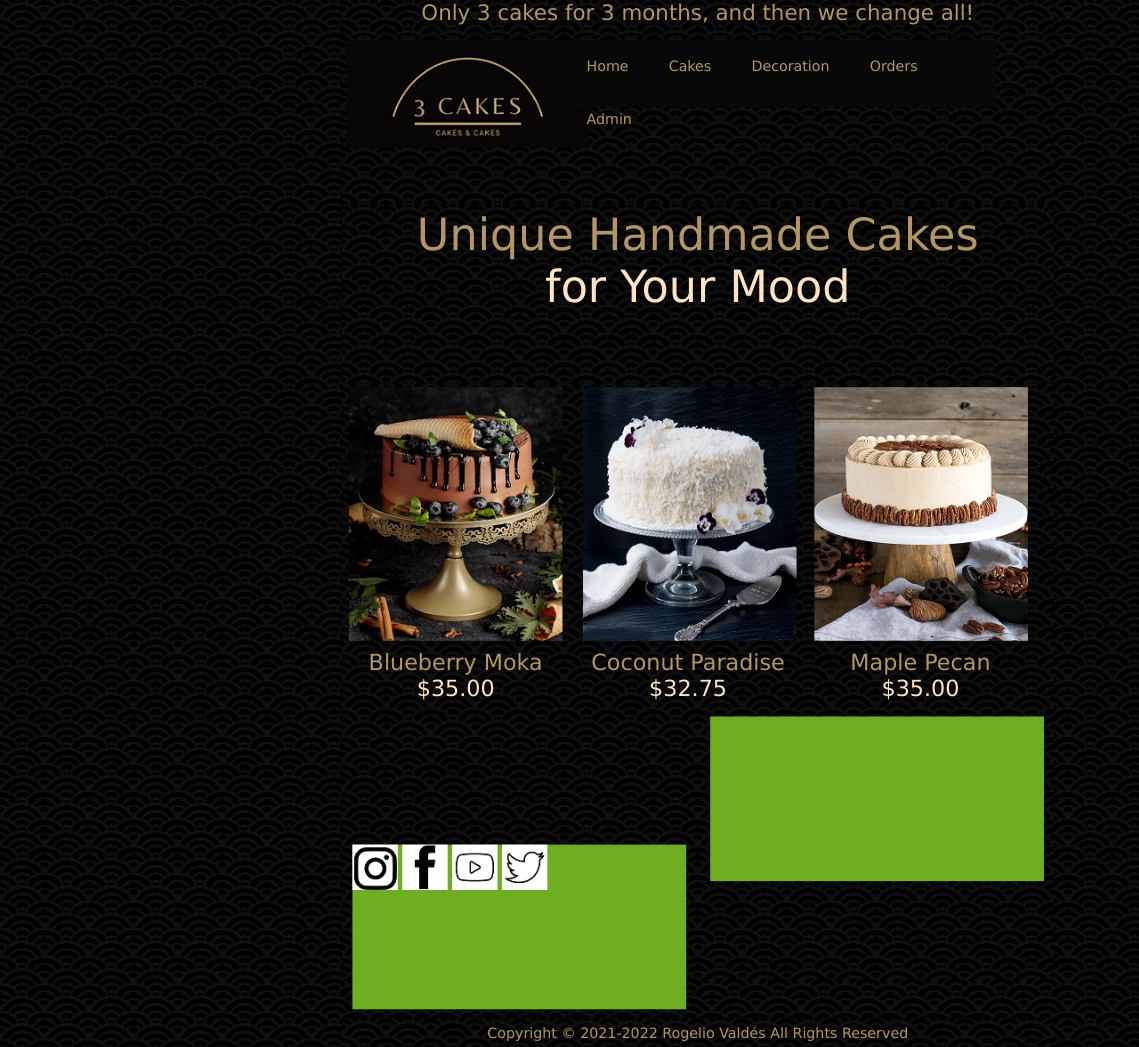
Repository: roge64/htmlfrontend
Page: index.html
An editor plug-in stored every save of this project. The page is shown before and after the next save, followed by the edit.
The browser window is 1280 px wide. The pictures show the whole page, at 89% of full size.

Above is the page before, as saved 2022-03-04 11:04:48.

After the next save:
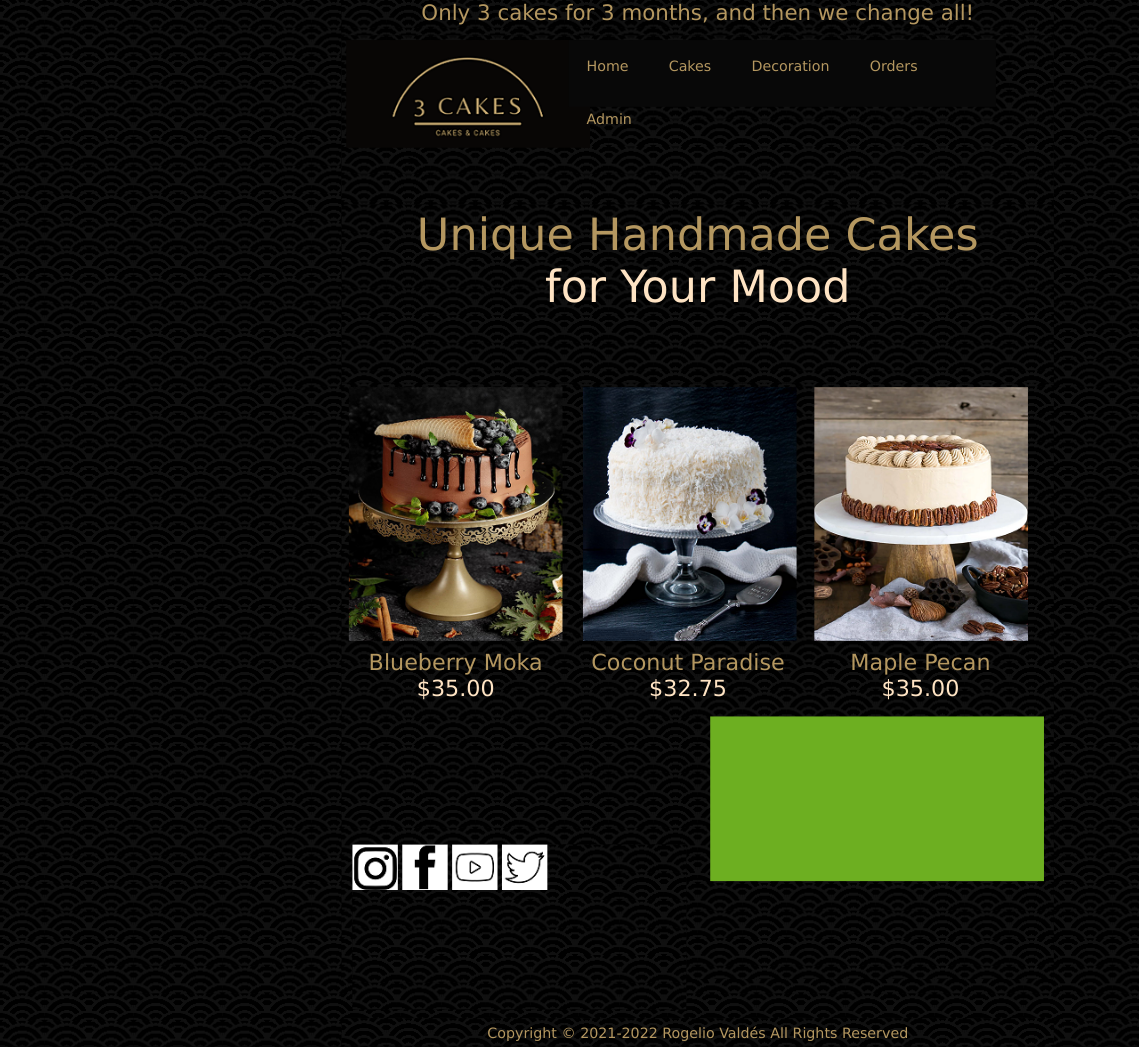
Saved 23 s later.
--- a/estilos/estilos.css
+++ b/estilos/estilos.css
@@ -216,7 +216,7 @@ footer{
 }
 
 #social #social1{
-    background: rgb(109, 175, 33);
+/*     background: rgb(109, 175, 33); */
     width: 375px;
     height: 185px;
     display: inline-block;
